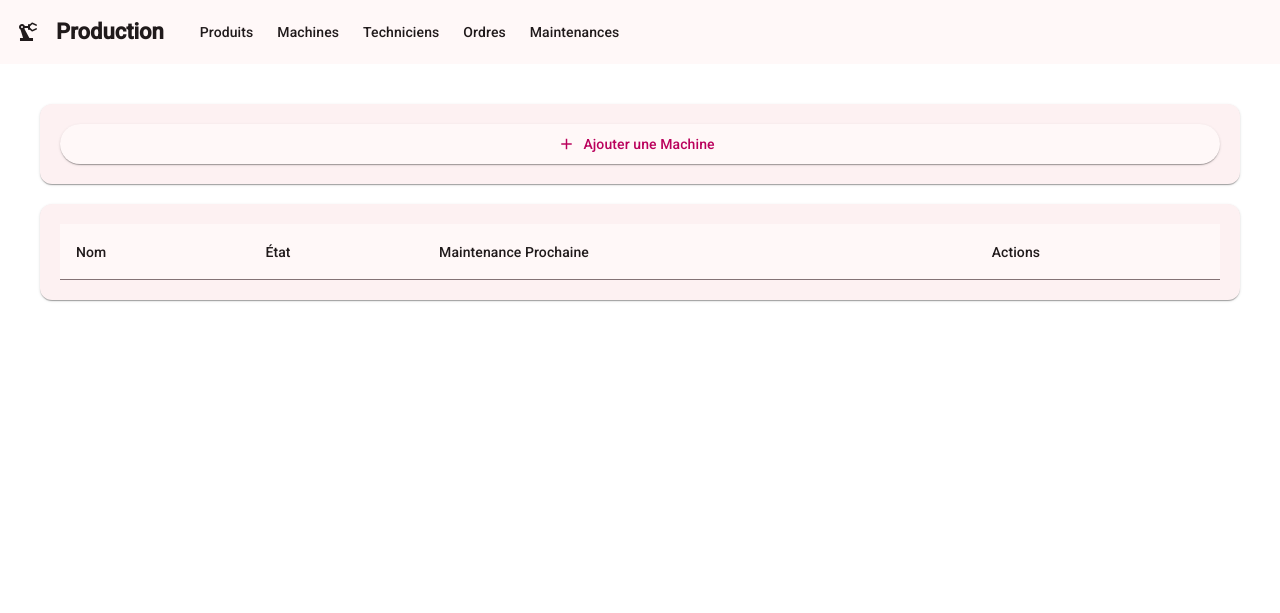
Repository: hadilXattia/Gestion_Production
Page: /machines (app in frontend-production/)
The author's editor kept a copy of each file at every save. The page is drawn from the files as they stood at one save, then again after the next save.
The browser window is 1280 px wide. The pictures show the whole page.
The page's requests for data from a server got no answer. The project was rebuilt for these pictures with package versions that can differ from the ones it lists, and the page was loaded fresh each time. No one was signed in, and anything a server would have sent is missing. Also part of the build but not shown: frontend-production/angular.json, frontend-production/src/app/components/produit/produit.component.ts, frontend-production/src/app/services/produit.service.ts, frontend-production/src/app/components/produit/ajouter-produit-dialog.component.ts, frontend-production/src/app/components/produit/produit-detail-dialog.component.ts, frontend-production/src/app/components/machine/ajouter-machine-dialog.component.ts, frontend-production/src/app/components/machine/machine-detail-dialog.component.ts, frontend-production/src/app/components/technicien/technicien.component.ts and 11 more.

Above is the page before, as saved 2025-05-11 18:32:05.

### frontend-production/src/index.html
<!doctype html>
<html lang="en">
<head>
  <meta charset="utf-8">
  <title>FrontendProduction</title>
  <base href="/">
  <meta name="viewport" content="width=device-width, initial-scale=1">
  <link rel="icon" type="image/x-icon" href="favicon.ico">
  <link href="https://fonts.googleapis.com/css2?family=Roboto:wght@300;400;500&display=swap" rel="stylesheet">
  <link href="https://fonts.googleapis.com/icon?family=Material+Icons" rel="stylesheet">
</head>
<body class="mat-typography">
  <app-root></app-root>
</body>
</html>

### frontend-production/src/main.ts
import { bootstrapApplication } from '@angular/platform-browser';
import { AppComponent } from './app/app.component';
import { provideHttpClient } from '@angular/common/http';
import { importProvidersFrom } from '@angular/core';
import { FormsModule } from '@angular/forms';
import { provideRouter } from '@angular/router';
import { routes } from './app/app.routes';

bootstrapApplication(AppComponent, {
  providers: [
    provideHttpClient(),
    importProvidersFrom(FormsModule),
    provideRouter(routes)
  ]
});

### frontend-production/src/app/app.component.ts
import { Component } from '@angular/core';
import { RouterOutlet } from '@angular/router';
import { NavbarComponent } from './components/navbar/navbar.component';

@Component({
  selector: 'app-root',
  standalone: true,
  imports: [NavbarComponent, RouterOutlet],
  template: `
    <app-navbar></app-navbar>
    <div style="padding: 20px">
      <router-outlet></router-outlet>
    </div>
  `
})
export class AppComponent {}

### frontend-production/src/app/app.routes.ts
import { Routes } from '@angular/router';
import { ProduitComponent } from './components/produit/produit.component';
import { MachineComponent } from './components/machine/machine.component';
import { TechnicienComponent } from './components/technicien/technicien.component';
import { OrdreFabricationComponent } from './components/ordre-fabrication/ordre-fabrication.component';
import { MaintenanceComponent } from './components/maintenance/maintenance.component';

export const routes: Routes = [
  { path: 'produits', component: ProduitComponent },
  { path: 'machines', component: MachineComponent },
  { path: 'techniciens', component: TechnicienComponent },
  { path: 'ordres', component: OrdreFabricationComponent },
  { path: 'maintenances', component: MaintenanceComponent },
  { path: '', redirectTo: 'produits', pathMatch: 'full' },
  { path: '**', redirectTo: 'produits' }
];

### frontend-production/src/app/components/navbar/navbar.component.ts
import { Component } from '@angular/core';
import { RouterModule } from '@angular/router';
import { CommonModule } from '@angular/common';
import { MatToolbarModule } from '@angular/material/toolbar';
import { MatButtonModule } from '@angular/material/button';
import { MatIconModule } from '@angular/material/icon';

@Component({
  selector: 'app-navbar',
  standalone: true,
  imports: [CommonModule, RouterModule, MatToolbarModule, MatButtonModule, MatIconModule],
  template: `
    <mat-toolbar color="primary">
      <mat-icon style="margin-right: 16px;">precision_manufacturing</mat-icon>
      <span style="margin-right: 24px; font-weight: bold;">Production</span>

      <button mat-button routerLink="/produits">Produits</button>
      <button mat-button routerLink="/machines">Machines</button>
      <button mat-button routerLink="/techniciens">Techniciens</button>
      <button mat-button routerLink="/ordres">Ordres</button>
      <button mat-button routerLink="/maintenances">Maintenances</button>
    </mat-toolbar>
  `
})
export class NavbarComponent {}

### frontend-production/src/app/components/machine/machine.component.ts
import { Component, OnInit } from '@angular/core';
import { MachineService } from '../../services/machine.service';
import { MatDialog } from '@angular/material/dialog';
import { AjouterMachineDialogComponent } from './ajouter-machine-dialog.component';

import { CommonModule } from '@angular/common';
import { FormsModule } from '@angular/forms';
import { MatTableModule } from '@angular/material/table';
import { MatButtonModule } from '@angular/material/button';
import { MatFormFieldModule } from '@angular/material/form-field';
import { MatInputModule } from '@angular/material/input';
import { MatCardModule } from '@angular/material/card';
import { MatIconModule } from '@angular/material/icon';
import { MatDialogModule } from '@angular/material/dialog';
import { NgFor } from '@angular/common';
import { MachineDetailDialogComponent } from './machine-detail-dialog.component';

@Component({
  selector: 'app-machine',
  standalone: true,
  imports: [
    CommonModule,
    FormsModule,
    NgFor,
    MatTableModule,
    MatButtonModule,
    MatFormFieldModule,
    MatInputModule,
    MatCardModule,
    MatIconModule,
    MatDialogModule
  ],
  templateUrl: './machine.component.html',
  styleUrl: './machine.component.css'
})
export class MachineComponent implements OnInit {
  machines: any[] = [];

  constructor(
    private machineService: MachineService,
    private dialog: MatDialog
  ) {}

  ngOnInit() {
    this.loadMachines();
  }

  loadMachines() {
    this.machineService.getMachines().subscribe(data => {
      this.machines = data;
    });
  }

  get totalMachines(): number {
    return this.machines.length;
  }

  get machinesEnPanne(): number {
    return this.machines.filter(m => m.etat.toLowerCase() === 'en panne').length;
  }

  get machinesActives(): number {
    return this.machines.filter(m => m.etat.toLowerCase() === 'active').length;
  }

  openAjouterMachineDialog() {
    const dialogRef = this.dialog.open(AjouterMachineDialogComponent, {
      width: '400px'
    });

    dialogRef.afterClosed().subscribe(result => {
      if (result) {
        this.machineService.createMachine(result).subscribe(() => {
          this.loadMachines();
        });
      }
    });
  }

  openMachineDetailDialog(machine: any) {
    this.dialog.open(MachineDetailDialogComponent, {
      width: '400px',
      data: machine
    });
  }

  deleteMachine(id: number) {
    this.machineService.deleteMachine(id).subscribe(() => {
      this.loadMachines();
    });
  }
}

### frontend-production/src/app/components/machine/machine.component.html
<!-- Add Machine Button -->
<mat-card class="mt-4">
  <button mat-raised-button color="primary" (click)="openAjouterMachineDialog()">
    <mat-icon>add</mat-icon> Ajouter une Machine
  </button>
</mat-card>

<!-- Machine Table -->
<mat-card class="mt-4">
  <table mat-table [dataSource]="machines" class="mat-elevation-z8" style="width: 100%;">

    <!-- Nom Column -->
    <ng-container matColumnDef="nom">
      <th mat-header-cell *matHeaderCellDef> Nom </th>
      <td mat-cell *matCellDef="let machine"> {{ machine.nom }} </td>
    </ng-container>

    <!-- État Column -->
    <ng-container matColumnDef="etat">
      <th mat-header-cell *matHeaderCellDef> État </th>
      <td mat-cell *matCellDef="let machine"> {{ machine.etat }} </td>
    </ng-container>

<!-- Maintenance Column -->
<ng-container matColumnDef="maintenanceProchaine">
  <th mat-header-cell *matHeaderCellDef> Maintenance Prochaine </th>
<td mat-cell *matCellDef="let machine">
  {{ machine.maintenanceProchaine ? (machine.maintenanceProchaine | date:'yyyy-MM-dd') : 'Non planifiée' }}
</td></ng-container>

    <!-- Actions Column -->
    <ng-container matColumnDef="actions">
      <th mat-header-cell *matHeaderCellDef> Actions </th>
      <td mat-cell *matCellDef="let machine">
        <button mat-icon-button color="accent" (click)="openMachineDetailDialog(machine)">
          <mat-icon>info</mat-icon>
        </button>
        <button mat-icon-button color="warn" (click)="deleteMachine(machine.id)">
          <mat-icon>delete</mat-icon>
        </button>
      </td>
    </ng-container>

    <tr mat-header-row *matHeaderRowDef="['nom', 'etat', 'maintenanceProchaine', 'actions']"></tr>
    <tr mat-row *matRowDef="let row; columns: ['nom', 'etat', 'maintenanceProchaine', 'actions'];"></tr>

  </table>
</mat-card>

### frontend-production/src/app/components/machine/machine.component.css
.full-width {
  width: 100%;
}

.form-container {
  display: flex;
  flex-direction: column;
  gap: 15px;
}

mat-card {
  margin: 20px;
  padding: 20px;
}

### frontend-production/src/app/services/machine.service.ts
import { Injectable } from '@angular/core';
import { HttpClient } from '@angular/common/http';
import { Observable } from 'rxjs';

export interface Machine {
  id?: number;
  nom: string;
  etat: string;
  maintenanceProchaine: string; // ISO date string
}

@Injectable({
  providedIn: 'root'
})
export class MachineService {
  private apiUrl = 'http://localhost:8080/api/machines';

  constructor(private http: HttpClient) {}

  getMachines(): Observable<Machine[]> {
    return this.http.get<Machine[]>(this.apiUrl);
  }

  createMachine(machine: Machine): Observable<Machine> {
    return this.http.post<Machine>(this.apiUrl, machine);
  }

  updateMachine(id: number, machine: Machine): Observable<Machine> {
    return this.http.put<Machine>(`${this.apiUrl}/${id}`, machine);
  }

  deleteMachine(id: number): Observable<void> {
    return this.http.delete<void>(`${this.apiUrl}/${id}`);
  }
}

Loaded but not shown: frontend-production/src/styles.css (common file)

After the next save:
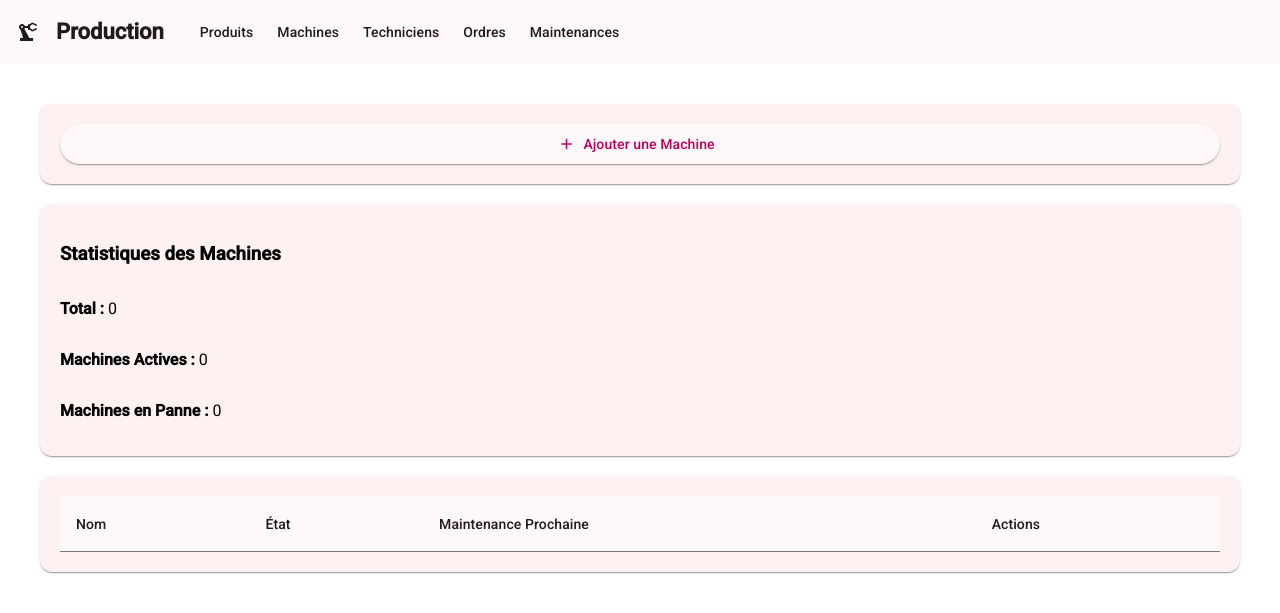
Saved 18 s later.
--- a/frontend-production/src/app/components/machine/machine.component.html
+++ b/frontend-production/src/app/components/machine/machine.component.html
@@ -4,7 +4,12 @@
     <mat-icon>add</mat-icon> Ajouter une Machine
   </button>
 </mat-card>
-
+<mat-card class="mt-4">
+  <h3>Statistiques des Machines</h3>
+  <p><strong>Total :</strong> {{ totalMachines }}</p>
+  <p><strong>Machines Actives :</strong> {{ machinesActives }}</p>
+  <p><strong>Machines en Panne :</strong> {{ machinesEnPanne }}</p>
+</mat-card>
 <!-- Machine Table -->
 <mat-card class="mt-4">
   <table mat-table [dataSource]="machines" class="mat-elevation-z8" style="width: 100%;">
